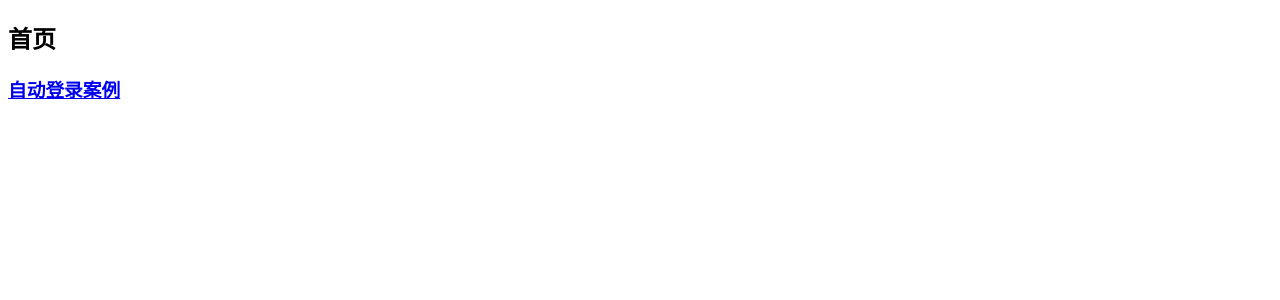
Repository: iamsongpeng/java-web-demo
Page: http://localhost/java-web-demo-filter/
The author's editor kept a copy of each file at every save. The page is drawn from the files as they stood at one save, then again after the next save.
The browser window is 1280 px wide. The pictures show the whole page.
The page is served by Tomcat 9. Other server files are loaded and not shown.

Above is the page before, as saved 2017-06-09 16:34:45.

### java-web-demo-filter/WebContent/index.jsp
<%@ page language="java" contentType="text/html; charset=UTF-8"
    pageEncoding="UTF-8"%>
<!DOCTYPE html PUBLIC "-//W3C//DTD HTML 4.01 Transitional//EN" "http://www.w3.org/TR/html4/loose.dtd">
<html>
<head>
<meta http-equiv="Content-Type" content="text/html; charset=UTF-8">
<title>Insert title here</title>
</head>
<body>
	<h2>首页</h2>
	<h3><a href="${pageContext.request.contextPath }/demo02/index.jsp">自动登录案例</a></h3>
</body>
</html>

After the next save:
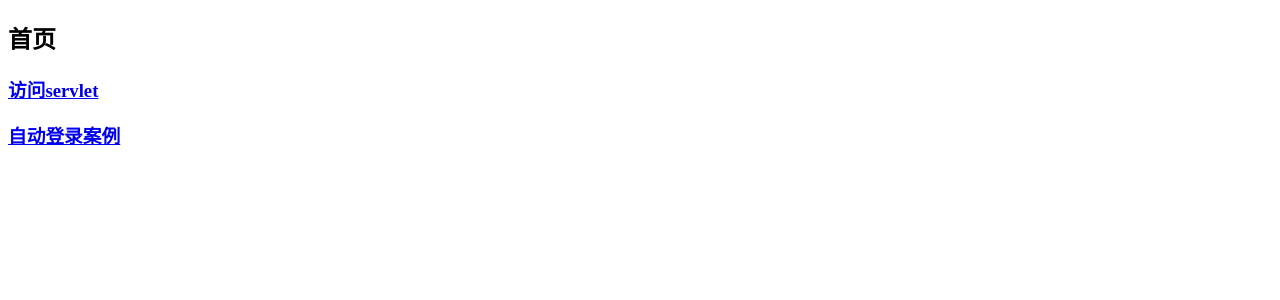
Saved 2 days later.
--- a/java-web-demo-filter/WebContent/index.jsp
+++ b/java-web-demo-filter/WebContent/index.jsp
@@ -8,6 +8,7 @@
 </head>
 <body>
 	<h2>首页</h2>
+	<h3><a href="${pageContext.request.contextPath }/hello">访问servlet</a></h3>
 	<h3><a href="${pageContext.request.contextPath }/demo02/index.jsp">自动登录案例</a></h3>
 </body>
 </html>
